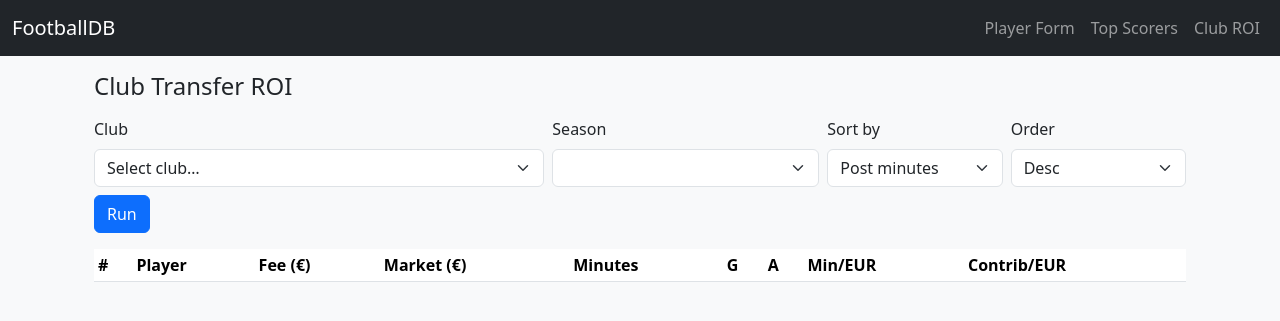
Repository: daniqusy/FootballDB
Page: http://localhost/club/roi
An editor plug-in stored every save of this project. The page is shown before and after the next save, followed by the edit.
The browser window is 1280 px wide. The pictures show the whole page.
The page is served by the project's application, run on Flask 3 (app.py). Queries for data that is not in the repository find no rows.

Above is the page before, as saved 2025-11-03 19:10:20.

After the next save:
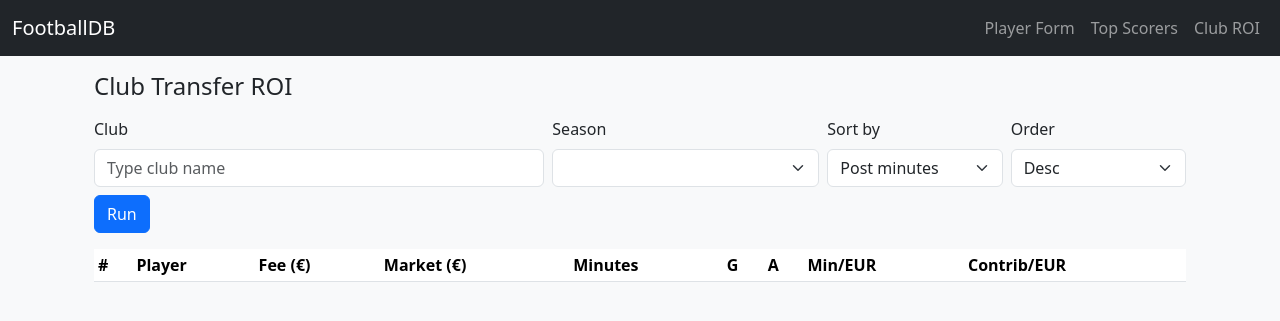
Saved 2 min 35 s later.
--- a/templates/club_roi.html
+++ b/templates/club_roi.html
@@ -4,11 +4,11 @@
   <h1 class="h4 mb-3">Club Transfer ROI</h1>
 
   <form id="roi-form" class="row g-2 align-items-end">
-    <div class="col-12 col-md-5">
-      <label class="form-label">Club</label>
-      <select id="club" class="form-select" required>
-        <option value="">Loading clubs…</option>
-      </select>
+    <div class="col-12 col-md-5 position-relative">
+        <label class="form-label">Club</label>
+        <input class="form-control" id="club-name" placeholder="Type club name">
+        <input type="hidden" id="club-id">
+        <div id="club-suggest" class="list-group position-absolute w-100" style="z-index:1000;"></div>
     </div>
     <div class="col-12 col-md-3">
       <label class="form-label">Season</label>
@@ -63,75 +63,94 @@
 </div>
 
 <script>
-async function j(url){ const r=await fetch(url); return r.json(); }
+const clubName = document.getElementById('club-name');
+const clubIdEl  = document.getElementById('club-id');
+const clubSug   = document.getElementById('club-suggest');
+const seasonSel = document.getElementById('season');
+const sortSel   = document.getElementById('sort_by');
+const orderSel  = document.getElementById('order');
+const bodyEl    = document.getElementById('roi-body');
+const meta      = document.getElementById('roi-meta');
 
-const clubSel = document.getElementById('club');
-const seasonSel = document.getElementById('season');
-const sortSel = document.getElementById('sort_by');
-const orderSel = document.getElementById('order');
-const bodyEl = document.getElementById('roi-body');
-const meta = document.getElementById('roi-meta');
-
-function fnum(x){ return (x==null? '—' : Number(x).toLocaleString()); }
-
-async function loadClubs(){
-  const data = await j('/api/clubs');
-  clubSel.innerHTML = '<option value="">Select club…</option>';
-  data.rows.forEach(c=>{
-    const opt=document.createElement('option');
-    opt.value = c.club_id; opt.textContent = c.name || c.club_id;
-    clubSel.appendChild(opt);
-  });
-}
+let clubTypeTimer;
+clubName.addEventListener('input', ()=>{
+  clearTimeout(clubTypeTimer);
+  const q = clubName.value.trim();
+  clubIdEl.value = '';            // clear selected id on edit
+  if (!q) { clubSug.innerHTML=''; seasonSel.innerHTML=''; return; }
+  clubTypeTimer = setTimeout(async ()=>{
+    const res = await fetch('/api/clubs/search?q='+encodeURIComponent(q));
+    const data = await res.json();
+    clubSug.innerHTML = '';
+    data.rows.forEach(c=>{
+      const a = document.createElement('a');
+      a.href='#';
+      a.className='list-group-item list-group-item-action';
+      a.textContent = c.name + ' ('+c.club_id+')';
+      a.onclick = async (e)=>{
+        e.preventDefault();
+        clubName.value = c.name;
+        clubIdEl.value = c.club_id;
+        clubSug.innerHTML = '';
+        await loadSeasons(c.club_id);
+      };
+      clubSug.appendChild(a);
+    });
+  }, 200);
+});
 
 async function loadSeasons(club_id){
-  const data = await j(`/api/clubs/${club_id}/seasons`);
+  const data = await (await fetch(`/api/clubs/${club_id}/seasons`)).json();
   seasonSel.innerHTML = '';
   data.rows.forEach(r=>{
     const opt=document.createElement('option');
-    opt.value = r.season; opt.textContent = r.season;
+    opt.value=r.season; opt.textContent=r.season;
     seasonSel.appendChild(opt);
   });
 }
 
 async function runROI(){
-  const club_id = clubSel.value, season = seasonSel.value;
-  const sort_by = sortSel.value, order = orderSel.value;
-  if(!club_id || !season) return;
+  const club_id = clubIdEl.value;
+  const season  = seasonSel.value;
+  const sort_by = sortSel.value;
+  const order   = orderSel.value;
+  if (!club_id || !season) return;
   const qs = new URLSearchParams({club_id, season, sort_by, order}).toString();
-  const data = await j('/api/club/roi?'+qs);
+  const data = await (await fetch('/api/club/roi?'+qs)).json();
   meta.textContent = `Rows ${data.rows.length} — Query time: ${data.ms} ms`;
   bodyEl.innerHTML = '';
   data.rows.forEach((r,i)=>{
-    const tr = document.createElement('tr');
+    const tr=document.createElement('tr');
     tr.innerHTML = `
       <td>${i+1}</td>
       <td><a href="/player/form?player_id=${r.player_id}">${r.player_name || r.player_id}</a></td>
-      <td>${fnum(r.transfer_fee)}</td>
-      <td>${fnum(r.market_value_in_eur)}</td>
-      <td>${fnum(r.post_minutes)}</td>
-      <td>${fnum(r.post_goals)}</td>
-      <td>${fnum(r.post_assists)}</td>
-      <td>${fnum(r.minutes_per_eur)}</td>
-      <td>${fnum(r.contrib_per_eur)}</td>`;
+      <td>${(r.transfer_fee??0).toLocaleString()}</td>
+      <td>${(r.market_value_in_eur??0).toLocaleString()}</td>
+      <td>${(r.post_minutes??0).toLocaleString()}</td>
+      <td>${r.post_goals??0}</td>
+      <td>${r.post_assists??0}</td>
+      <td>${r.minutes_per_eur??'—'}</td>
+      <td>${r.contrib_per_eur??'—'}</td>`;
     bodyEl.appendChild(tr);
   });
 }
 
-clubSel.addEventListener('change', async ()=>{
-  if (clubSel.value) { await loadSeasons(clubSel.value); }
-});
 document.getElementById('go').addEventListener('click', async (e)=>{ e.preventDefault(); await runROI(); });
 
+// Deep link support (?club_id=&season=)
 (async function init(){
-  await loadClubs();
-  // handle deep links: ?club_id=&season=
   const url = new URL(window.location.href);
   const cid = url.searchParams.get('club_id');
   const seas = url.searchParams.get('season');
-  if (cid) { clubSel.value = cid; await loadSeasons(cid); }
-  if (seas) { seasonSel.value = seas; }
-  if (clubSel.value && seasonSel.value) await runROI();
+  if (cid) {
+    // fetch name for display
+    const info = await (await fetch('/api/clubs/search?q='+encodeURIComponent(cid))).json();
+    clubIdEl.value = cid;
+    if (info.rows.length) clubName.value = info.rows[0].name;
+    await loadSeasons(cid);
+  }
+  if (seas) seasonSel.value = seas;
+  if (clubIdEl.value && seasonSel.value) await runROI();
 })();
 </script>
 {% endblock %}
